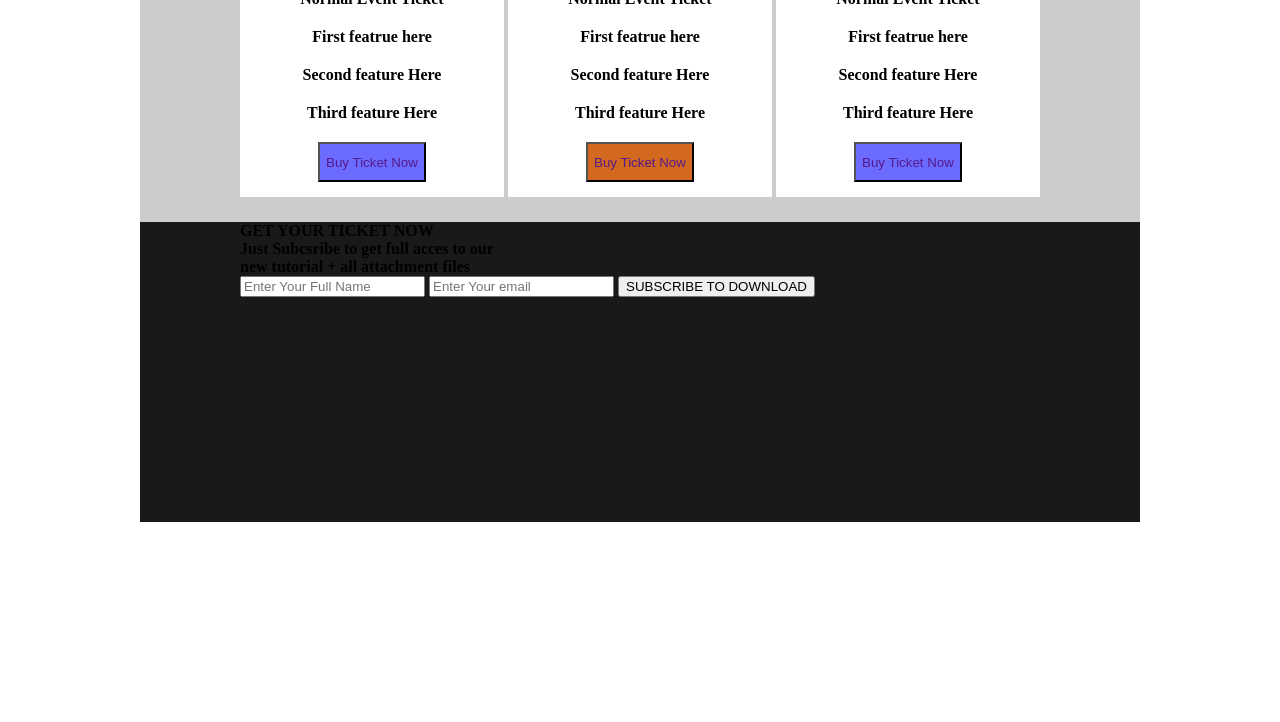
Repository: duyancol/project-ltw-nhom13
Page: page b/index.html
The author's editor kept a copy of each file at every save. The page is drawn from the files as they stood at one save, then again after the next save.
The browser window is 1280 px wide. The pictures show the part of the page from y = 1038 to 1760 px (the page is 1760 px tall).
A picture or video elsewhere on the page could not be fetched, so the positions and the page height are approximate. Some web fonts or font styles are not loaded; a fallback is used.

Above is the page before, as saved 2021-10-18 11:27:19.

After the next save:
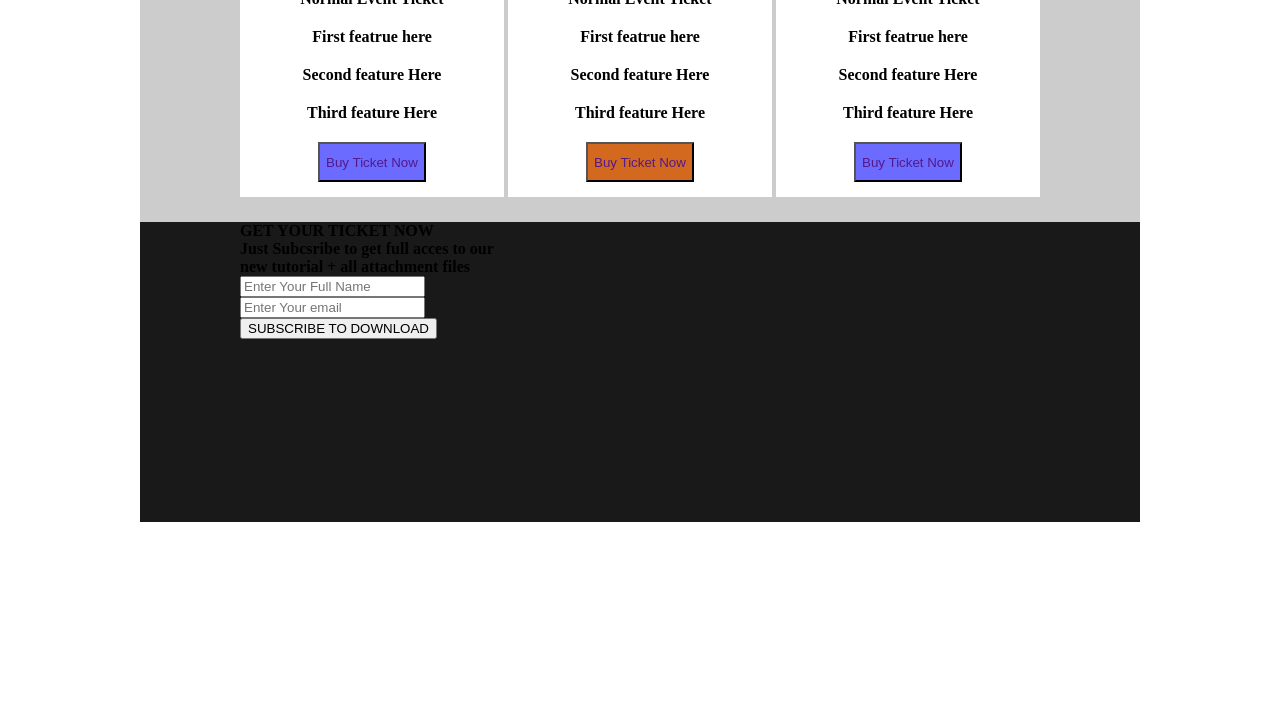
Saved 16 s later.
--- a/page b/style.css
+++ b/page b/style.css
@@ -155,6 +155,7 @@
   }
   .main .ticket{
     position: absolute;
+    width: 33%;
  height: 500px;
   }
   .ticket h1{
